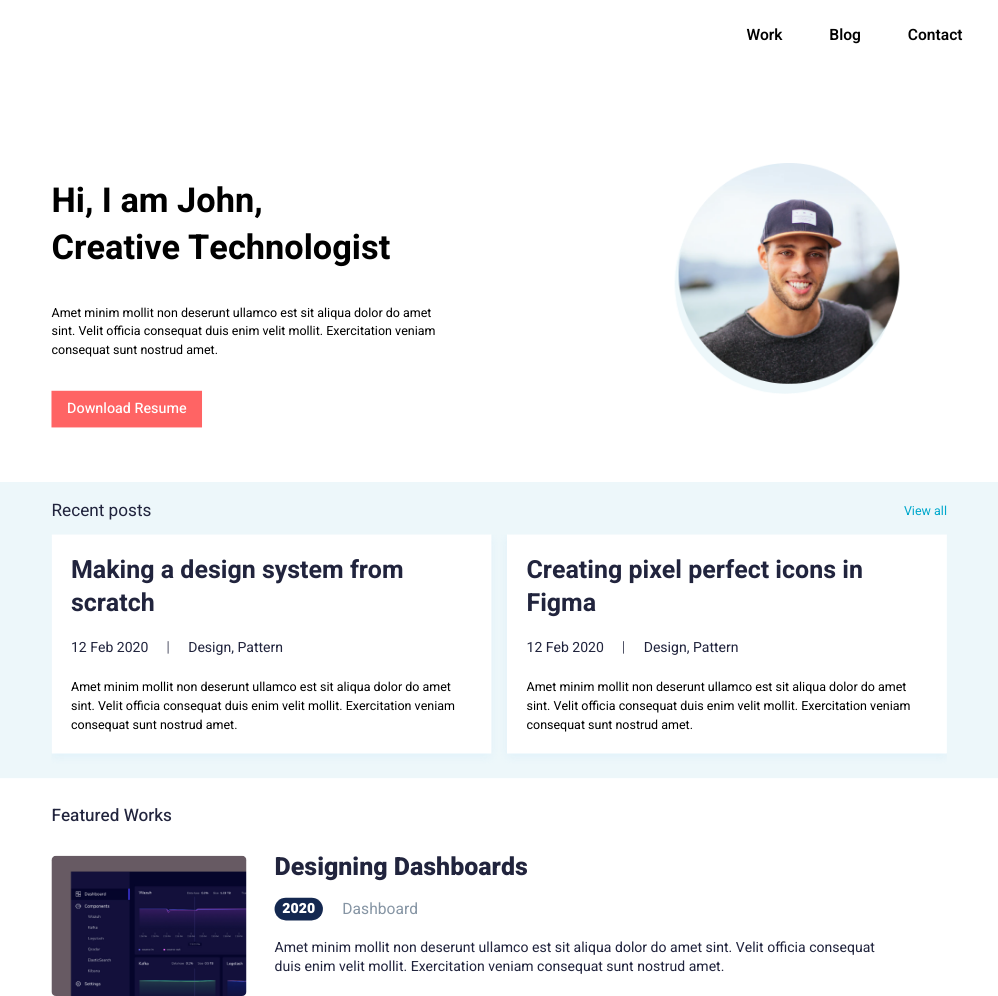
Repository: sharma171/portfolio
Page: /
The author's editor kept a copy of each file at every save. The page is drawn from the files as they stood at one save, then again after the next save.
The browser window is 1280 px wide. The pictures show the whole page, at 78% of full size.
The project was rebuilt for these pictures with package versions that can differ from the ones it lists, and the page was loaded fresh each time. The framework's server and built-in components were replaced by stand-ins that run in the browser. Also part of the build but not shown: next.config.mjs.

Above is the page before, as saved 2024-06-02 00:30:46.

After the next save:
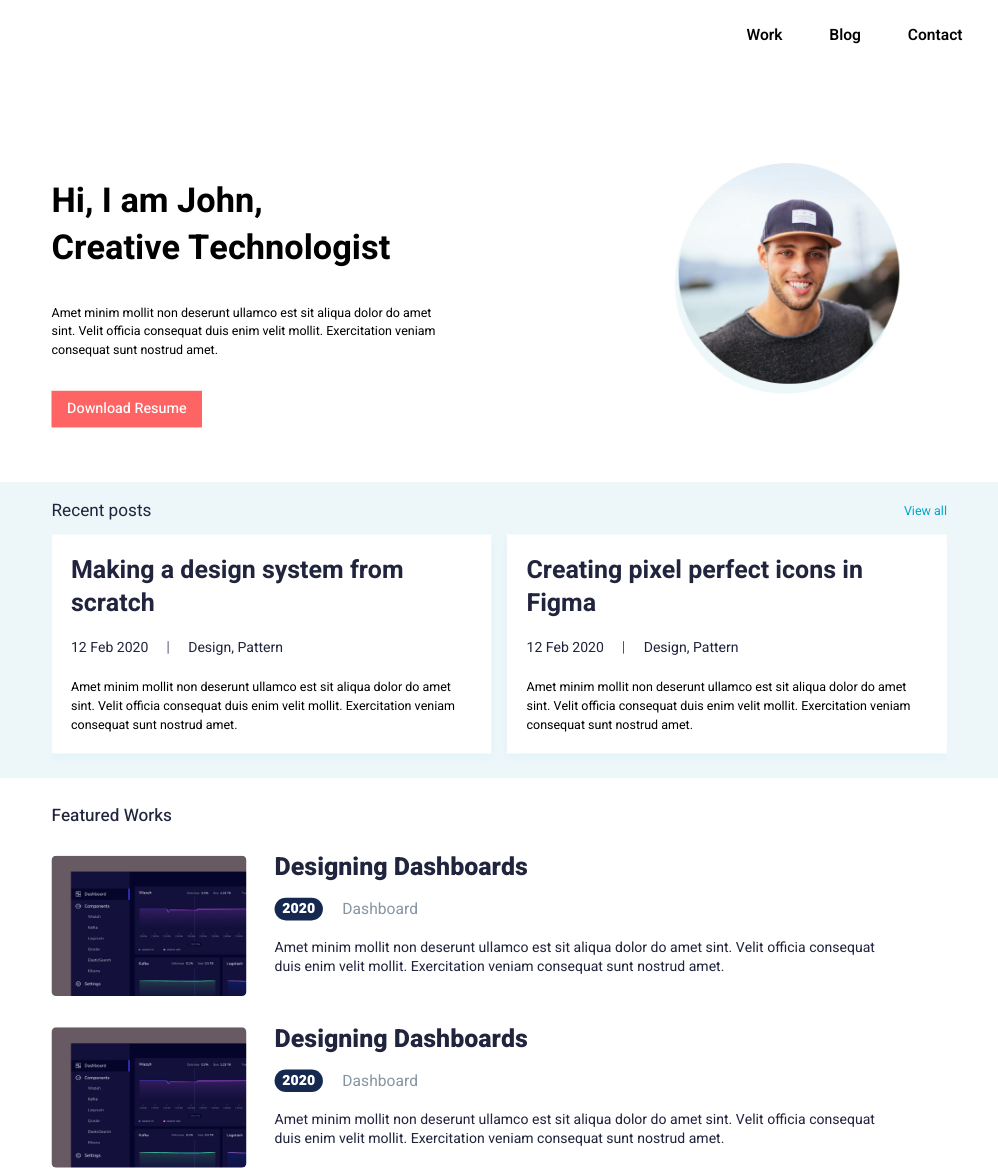
Saved 8 h 0 min later.
--- a/src/components/Featuredworks.jsx
+++ b/src/components/Featuredworks.jsx
@@ -22,6 +22,21 @@ const FeaturedWorks = () => {
                     </p>
                 </div>
             </div>
+            <div className="card-item">
+                <div className="card-thumb">
+                    <Image src={ThumbImg} alt="thumbnail" className="thumb-img" />
+                </div>
+                <div className="card-info">
+                    <h3 className="heading">Designing Dashboards</h3>
+                    <div className="info-row">
+                        <span className="date">2020</span>
+                        <span className="topic">Dashboard</span>
+                    </div>
+                    <p className="info-para">
+                        Amet minim mollit non deserunt ullamco est sit aliqua dolor do amet sint. Velit officia consequat duis enim velit mollit. Exercitation veniam consequat sunt nostrud amet.
+                    </p>
+                </div>
+            </div>
         </div>
         </>
     )
